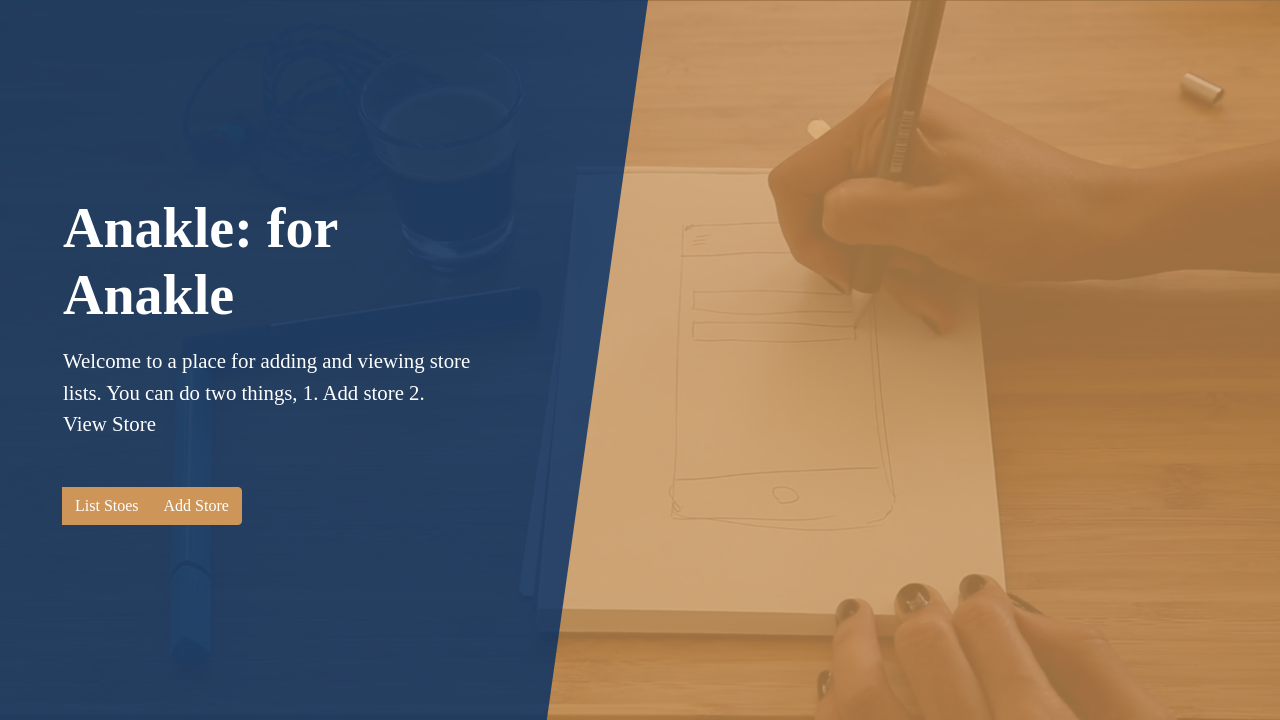
Repository: Guruscode/mega-list
Page: http://localhost/
An editor plug-in stored every save of this project. The page is shown before and after the next save, followed by the edit.
The browser window is 1280 px wide. The pictures show the whole page.
Some web fonts or font styles are not loaded; a fallback is used. The page is run by PHP 8.4 with error messages shown; the project is at /var/www/html/.

Above is the page before, as saved 2018-02-22 14:43:30.
Console error: TypeError: Cannot read properties of undefined (reading 'fn')

After the next save:
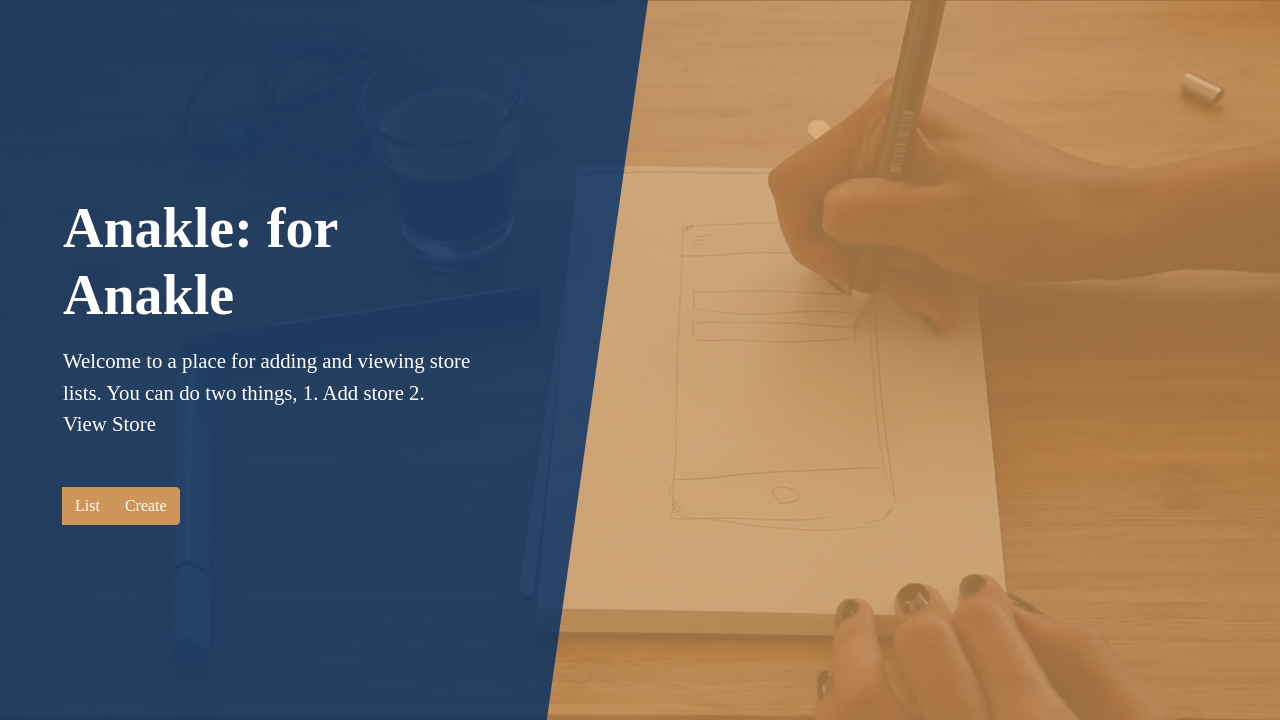
Saved 70 s later.
--- a/index.php
+++ b/index.php
@@ -27,8 +27,8 @@
                 <div class="input-group input-group-newsletter">
 
                     <div class="input-group-append pull-center">
-                    <a class="btn btn-secondary">List Stoes</a>
-                    <a class="btn btn-secondary">Add Store</a>
+                    <a class="btn btn-secondary">List</a>
+                    <a class="btn btn-secondary">Create</a>
                     </div>
                 </div>
                 </div>
